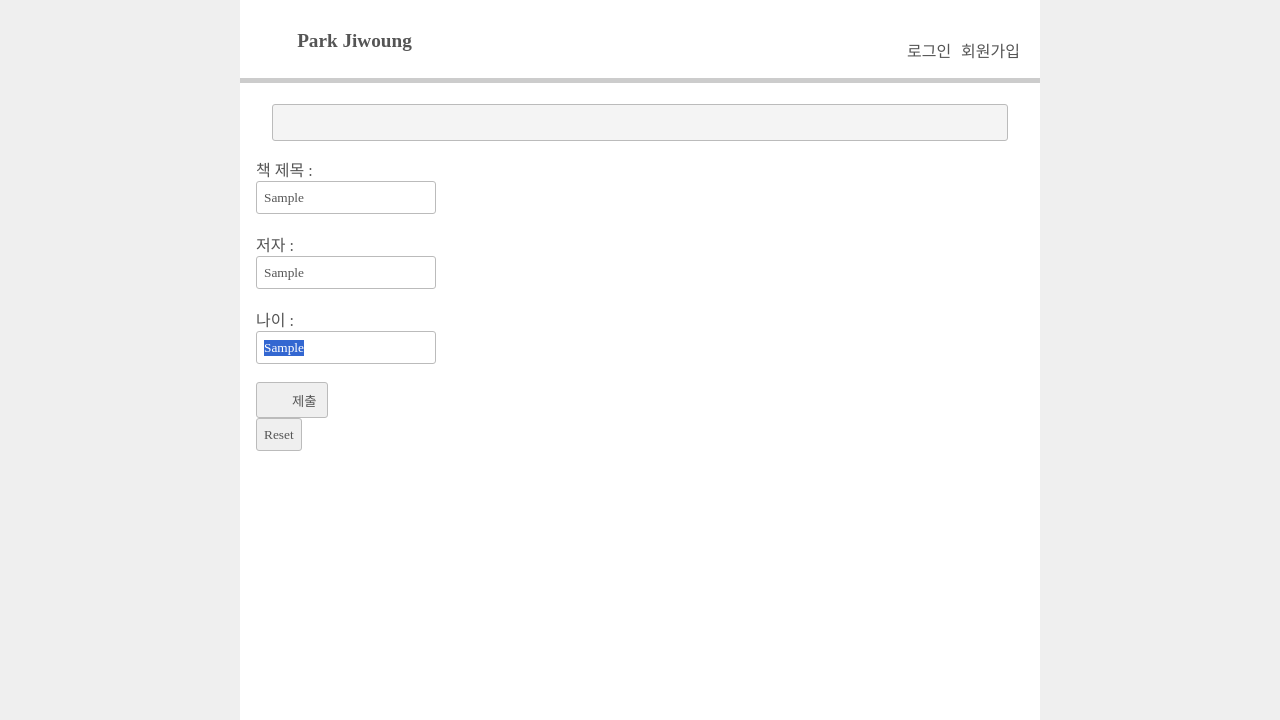
Repository: park-jiwoong/webClass
Page: http://localhost/jspPro/days01/ex02.jsp
These files come from the project's save history. The page is drawn as it stood at one moment and after the next save; the edit follows.
The browser window is 1280 px wide. The pictures show the whole page.
Empty fields were first filled with sample values (such as "Sample", 5 or name@example.com).
After loading, the first visible `#submitBtn` was clicked once.
Some web fonts or font styles are not loaded; a fallback is used. The page is served by Tomcat 9. Other server files are loaded and not shown.

Above is the page before, as saved 2025-05-21 03:39:20.

### JSPClass/jspPro/src/main/webapp/days01/ex02.jsp
<%@ page contentType="text/html; charset=UTF-8" pageEncoding="UTF-8"%>
<!DOCTYPE html>
<html>
<head>
<meta charset="UTF-8">
<meta name="viewport" content="width=device-width, initial-scale=1.0">
<link rel="shortcut icon" type="image/x-icon"
	href="http://localhost/jspPro/images/SiSt.ico">
<title>사용자 등록 폼</title>
<script
	src="https://ajax.googleapis.com/ajax/libs/jquery/3.7.1/jquery.min.js"></script>
<link rel="stylesheet"
	href="http://localhost/jspPro/resources/cdn-main/example.css">
<script src="http://localhost/jspPro/resources/cdn-main/example.js"></script>

<style>
    label, input { display: block; }
    input.text { margin-bottom: 12px; width: 95%; padding: .4em; }
    fieldset { padding: 0; border: 0; margin-top: 25px; }
    h1 { font-size: 1.2em; margin: .6em 0; }
    .ui-dialog .ui-state-error { padding: .3em; }
    .validateTips { border: 1px solid transparent; padding: 0.3em; }
</style>


</head>
<body>
	<header>
		<h1 class="main">
			<a href="#" style="position: absolute; top: 30px;">Park Jiwoung</a>
		</h1>
		<ul>
			<li><a href="#">로그인</a></li>
			<li><a href="#">회원가입</a></li>
		</ul>
	</header>
	<div>
		<xmp class="code"> </xmp>
		<!-- <form action="ex02_ok.jsp" onsubmit="validate();"> -->
		<form id="bookForm" action="ex02_ok.jsp">
			책 제목 : <input type="text" id="title" autofocus="autofocus"><br>
			저자 : <input type="text" id="author"><br> 나이 : <input
				type="text" id="age"><br>
			<button type="button" id="submitBtn">제출</button>
			<!--<input type="button" value="제출">-->
			<!-- <input type="submit"> -->
			<input type="reset">
		</form>
	</div>

    <script>
    ageRegex = /^(?:\d|[1-9]\d|1[0-2]\d|130)$/,
    title = $( "#title" ),
    author = $( "#author" ),
    age = $( "#age" ),
    allFields = $( [] ).add( title ).add( author ).add( age );

    function checkLength( o, n) {
        if ( o.val().length > 0) {
          return true;
        } else {
        	alert(`\${n} 필수 입력!!!`);
        	o.focus();
          return false;
        }
      }

      function checkRegexp( o, regexp, n ) {
        if ( !( regexp.test( o.val() ) ) ) {
         	alert(n);
         	o.select();
          return false;
        } else {
          return true;
        }
      }

      $("#submitBtn").on("click", function(){
    	  var valid = true;

          valid = valid && checkLength( title, "책 제목");
          valid = valid && checkLength( author, "저자");
          valid = valid && checkLength( age, "나이");

          valid = valid && checkRegexp( age, ageRegex, "0~130살 유효!!!" );

          if ( valid ) {
            $("form").submit();
          }
          return valid;
      });
    </script>

    <script>
/* 김유미
$(function() {
  const tips = $(".validateTips");

  function updateTips(msg) {
    tips.text(msg).addClass("ui-state-highlight");
    setTimeout(() => {
      tips.removeClass("ui-state-highlight", 1500);
    }, 500);
  }

  function checkAge(o, min, max) {
    const val = o.val().trim();
    const num = parseInt(val, 10);

    if (!/^\d+$/.test(val) || num < min || num > max) {
      o.addClass("ui-state-error");
      updateTips("나이는 " + min + "살부터 " + max + "살까지 입력 가능합니다.");
      return false;
    } else {
      return true;
    }
  }

  $("#submitBtn").click(function() {
    $(".ui-state-error").removeClass("ui-state-error");

    const isValid = checkAge($("#age"), 1, 130);
    if (isValid) {
      $("#bookForm").submit();
    }
  });
});
*/
</script>
<script>
/* 김현수
$(function() {
  $('#submitBtn').on('click', function() {
    var title = $('#title').val().trim();
    var author = $('#author').val().trim();
    var age = $('#age').val().trim();
    if (title === "") {
      alert('책 제목을 입력하세요.');
      $('#title').focus();
      return;
    }
    if (author === "") {
      alert('저자를 입력하세요.');
      $('#author').focus();
      return;
    }
    if (!/^\d+$/.test(age) || Number(age) < 1 || Number(age) > 130) {
      alert('나이는 1~130 사이의 숫자만 입력 가능합니다.');
      $('#age').focus();
      return;
    }
    $(this).closest('form')[0].submit();
  });
});
*/

</script>
<script>
/* 1조 안준호
function validate() {
    const titleVal = $("#title").val().trim();
    const authorVal = $("#author").val().trim();
    const ageVal = $("#age").val().trim();

    if (titleVal === "" || authorVal === "") {
        alert("제목또는 저자를 입력하세요.");
        event.preventDefault();
        return;
    }

    const ageNum = Number(ageVal);
    const regex = new RegExp("^(100|[1-9][0-9]?)$");
    if (!regex.test(ageNum)) {
        alert("나이는 1부터 100까지의 숫자만 입력 가능합니다.");
        event.preventDefault();
        return;
    }
}
*/
</script>
</body>
</html>

### JSPClass/jspPro/src/main/webapp/resources/cdn-main/example.css
@charset "UTF-8";

@import url('https://fonts.googleapis.com/css2?family=Material+Symbols+Outlined:opsz,wght,FILL,GRAD@20..48,100..700,0..1,-50..200');

@font-face {
    font-family: 'GmarketSansMedium';
    src: url('https://cdn.jsdelivr.net/gh/projectnoonnu/noonfonts_2001@1.1/GmarketSansMedium.woff') format('woff');
    font-weight: normal;
    font-style: normal;
}

:root {
	--text-color: #555;
	--sub-text-color: #777;
	--back-color: #EFEFEF;
	--header-color: #444;
	--primary-color: #DEDEDE;
	--secondary-color: #EFEFEF;
	--default-width: 800px;
	--narrow-width: 500px;
	--wide-width: 1200px;
	--text-font: 'GmarketSansMedium';
	--icon-font: 'Material Symbols Outlined';
	--border-color: #CCC;
}

html, body {
	margin: 0;
	padding: 0;
}

html {
	background-color: var(--back-color);
	display: flex;
	justify-content: center;
	min-height: 100vh;
}

body, body.default {
	width: var(--default-width);
	background-color: white;
	padding-bottom: 120px;
}

body.wide {
	width: var(--wide-width);
}

body.narrow {
	width: var(--narrow-width);
}



body, p, div, span, a, input, select, option, textarea, button, table, th, td, label, fieldset, legend {
	font-family: var(--text-font);
	color: var(--text-color);
}

h1, h2, h3 {
	font-family: var(--text-font);
	color: var(--header-color);
	padding: 0 1rem;
	padding-top: .5rem;
}

div > h1, div > h2, div > h3 {
	padding: 0;
}

body > div, body > main > div {
	padding: 0.3rem 1rem;
}


h1 { font-size: 2rem; border-bottom: 1px solid var(--border-color); }
h1 small { font-size: 1.2rem; color: var(--sub-text-color); }
h2 { font-size: 1.5rem; border-bottom: 1px dashed var(--border-color); }
h2 small { font-size: 1.1rem; color: --sub-text-color; }
h3 { font-size: 1.2rem; }
h3 small { font-size: 1rem; color: --sub-text-color; }



h1.main::before {
	font-family: var(--icon-font);
  	content: '\e666';
  	margin-right: 10px;
  	float: left;
	font-size: 2.5rem;
}

h1.sub::before {
	font-family: var(--icon-font);
  	content: '\ea19';
  	margin-right: 10px;
  	float: left;
	font-size: 2.5rem;
}


h1.page::before {
	font-family: var(--icon-font);
  	content: '\e0e0';
  	margin-right: 10px;
  	float: left;
	font-size: 2.5rem;
}

body > header > ul > li > .active{
	background-color: #FFF;
	color:#F00;
}

body > header {
	display: flex;
	justify-content: space-between;
	border-bottom: 5px solid var(--border-color);
	min-height: 74px;
	background-color: #FFF;
}

body > header.sticky {
	position: sticky;
	top: 0;
	z-index: 98;
}

body > header > h1 {
	font-size: 1.2rem;
	border: 0;
}

body > header.in > h1::before {
	font-family: var(--icon-font);
  	content: '\e332‥';
  	margin-right: 3px;
  	float: left;
	font-size: 2rem;
}


body > header > ul {
	list-style-type: none;
	display: flex;
	align-items: flex-end;
	margin-right: 10px;
}

body > header > ul > li {
	margin-right: 10px;
	cursor: pointer;
}

body > header > ul > li > a {
	cursor: pointer;
}


form {
	display: block;
}

form > div {
	padding: 0.3rem 1rem;
}

div > form > div {
	padding: 0.3rem 0;
}

input, textarea, button, select {
	border: 1px solid #BBB;
	border-radius: 3px;
	outline: none;
	resize: none;
	padding: 7px;
	margin: 0;
}

input[type=text]:read-only, textarea:read-only {
	cursor: not-allowed;
	background-color: #FFF;
}

input[type=text]:disabled, textarea:disabled {
	cursor: not-allowed;
	background-color: #EEE;
}

input[type=text], input[type=password], textarea, button, select {
	/* width: 300px; */
}

textarea {
	display: block;
	height: 100px;
}

input[type=button], input[type=submit], button {
	/* width: inherit; */
}

input.short, textarea.short, button.short, select.short {
	width: 100px;
}

input.long, textarea.long, button.long, select.long {
	width: 350px;
}

.narrow input.long, .narrow textarea.long, .narrow button.long, .narrow select.long {
	width: calc(100% - 20px);
}

input.full, textarea.full, button.full, select.full {
	width: calc(100% - 20px);
}

textarea.short {
	height: 50px;
}

textarea.long {
	height: 100px;
}

textarea.full {
	height: 200px;
}

input, textarea {
	padding-top: 8px;
}

input[type=button], input[type=submit], button {
	padding: 5px 10px;
	background-color: var(--secondary-color);
	cursor: pointer;
	min-height: 36px;
}

input[type=button].primary, input[type=submit].primary, button.primary {
	/* background-color: rgba(100, 149, 237, .2); */
	background-color: var(--primary-color);
}

input[type=button].primary:hover, input[type=submit].primary:hover, button.primary:hover {
	/* background-color: rgba(100, 149, 237, .3); */
	background-color: var(--secondary-color);
}

input[type=button]:hover, input[type=submit]:hover, button:hover {
	background-color: var(--primary-color);
}

button {
	position: relative;
	left: 0;
	top: 0;
	padding-left: 35px;
}

button .material-symbols-outlined {
	position: absolute;
	left: 10px;
	top: 4px;
}

/* k2nik add */
button.login::before {
	font-family: var(--icon-font);
  	content: '\ea77';
	position: absolute;
	left: 11px;
	top: 4px;
	font-size: 1.25rem;
}

/* k2nik logout */
button.logout::before {
	font-family: var(--icon-font);
  	content: '\e9ba';
	position: absolute;
	left: 11px;
	top: 4px;
	font-size: 1.25rem;
}

/* k2nik help */
button.help::before {
	font-family: var(--icon-font);
  	content: '\f1c0';
	position: absolute;
	left: 11px;
	top: 4px;
	font-size: 1.25rem;
}

button.add::before{
	font-family: var(--icon-font);
  	content: '\e746';
	position: absolute;
	left: 11px;
	top: 4px;
	font-size: 1.25rem;
}

button.back::before {
	font-family: var(--icon-font);
  	content: '\e166';
	position: absolute;
	left: 11px;
	top: 4px;
	font-size: 1.25rem;
}

button.list::before {
	font-family: var(--icon-font);
  	content: '\e0ee';
	position: absolute;
	left: 11px;
	top: 4px;
	font-size: 1.25rem;
}


button.del::before {
	font-family: var(--icon-font);
  	content: '\e872';
	position: absolute;
	left: 11px;
	top: 4px;
	font-size: 1.25rem;
}

button.alldel::before {
	font-family: var(--icon-font);
  	content: '\e92b';
	position: absolute;
	left: 11px;
	top: 4px;
	font-size: 1.25rem;
}


button.edit::before {
	font-family: var(--icon-font);
  	content: '\e745';
	position: absolute;
	left: 11px;
	top: 4px;
	font-size: 1.25rem;
}


button.login::before {
	font-family: var(--icon-font);
  	content: '\ea77';
	position: absolute;
	left: 11px;
	top: 4px;
	font-size: 1.25rem;
}


button.logout::before {
	font-family: var(--icon-font);
  	content: '\e9ba';
	position: absolute;
	left: 11px;
	top: 4px;
	font-size: 1.25rem;
}


button.in::before {
	font-family: var(--icon-font);
  	content: '\f71a';
	position: absolute;
	left: 11px;
	top: 4px;
	font-size: 1.25rem;
}


button.out::before {
	font-family: var(--icon-font);
  	content: '\f70e';
	position: absolute;
	left: 11px;
	top: 4px;
	font-size: 1.25rem;
}


button.reply::before {
	font-family: var(--icon-font);
  	content: '\e15e';
	position: absolute;
	left: 11px;
	top: 4px;
	font-size: 1.25rem;
}


button.comment::before {
	font-family: var(--icon-font);
  	content: '\e0b9';
	position: absolute;
	left: 11px;
	top: 4px;
	font-size: 1.25rem;
}


button.modal::before {
	font-family: var(--icon-font);
  	content: '\e89e';
	position: absolute;
	left: 11px;
	top: 4px;
	font-size: 1.25rem;
}


button.ok::before {
	font-family: var(--icon-font);
  	content: '\e86c';
	position: absolute;
	left: 11px;
	top: 4px;
	font-size: 1.25rem;
}


button.cancel::before {
	font-family: var(--icon-font);
  	content: '\e5c9';
	position: absolute;
	left: 11px;
	top: 4px;
	font-size: 1.25rem;
}

button.search::before {
	font-family: var(--icon-font);
  	content: '\e8b6';
	position: absolute;
	left: 11px;
	top: 4px;
	font-size: 1.25rem;
}

button.home::before {
	font-family: var(--icon-font);
  	content: '\e88a';
	position: absolute;
	left: 11px;
	top: 4px;
	font-size: 1.25rem;
}


button.sidebar::before {
	font-family: var(--icon-font);
  	content: '\f7e4';
	position: absolute;
	left: 11px;
	top: 4px;
	font-size: 1.25rem;
}


button.sidebar-right::before {
	font-family: var(--icon-font);
  	content: '\f7e5';
	position: absolute;
	left: 11px;
	top: 4px;
	font-size: 1.25rem;
}




button::before {
	font-family: var(--icon-font);
  	content: '\e323';
	position: absolute;
	left: 11px;
	top: 4px;
	font-size: 1.25rem;
}


table {
	border-collapse: collapse;
	margin: 1rem;
	box-sizing: border-box;
	width: calc(100% - 32px);
}

table.content {
	width: auto;
}

div > table {
	margin: 0;
}

table th, table td {
	border: 1px solid var(--border-color);
	padding: 7px;
	font-weight: normal;
}

table th {
	background-color: var(--back-color);
}

table.vertical th {
	width: 150px;
}

table.vertical td {
	width: calc(100% - 182px);
	padding-left: 10px;
}

table.content td, table.content th {
	width: auto;
}

body.narrow table.vertical th {
	width: 100px;
}

body.narrow table.vertical td {
	width: calc(100% - 182px);
}


table + table {
	margin-top: 30px;
}


p {
	padding: 0 1rem;
}

a {
	text-decoration: none;
}

a:hover {
	color: rgba(255, 99, 71, .7);
}

hr {
	border: 0;
	border-top: 1px solid var(--border-color);
	margin: 2rem 0;
}

.message {
	border: 1px solid var(--border-color);
	background-color: #EFEFEF;
	margin: 1rem;
	width: auto;
	padding-top: 10px;
	padding-bottom: 10px;
	font-size: 14px;
}

.message[title]::before {
	content: attr(title);
	display: block;
	border-bottom: 1px solid var(--border-color);
	padding-bottom: 5px;
	margin-bottom: 10px;
	margin-top: 7px;
}

.message.short {
	max-width: 250px;
}

.message.long {
	max-width: 500px;
}

.badge {
	float: right;
	font-size: .8rem;
	margin-top: 2px;
	margin-right: 2px;
	text-shadow: 0 0 7px gray;
}

.badge.left {
	float: none;
	margin-left: 2px;
}

.badge.right {
	float: right;
}

.badge.red {
	border-radius: 50%;
	padding: 2px 5px;
	background-color: rgb(255, 99, 71, .3);
}

.badge.yellow {

	border-radius: 50%;
	padding: 2px 5px;
	background-color: rgb(255, 215, 0, .5);
}

.badge.blue {
	border-radius: 50%;
	padding: 2px 5px;
	background-color: rgb(100, 149, 237, .3);
}

label + label {
	margin-left: 7px;
}

label input[type=checkbox], label input[type=radio] {
	transform: translate(0, 1px);
}

.group {
	display: flex;
}

.modal-content .group {
	margin-bottom: .5rem;
}

.group label {
	border: 1px solid #BBB;
	border-radius: 3px;
	outline: none;
	resize: none;
	padding: 7px 14px;
	margin: 0;
	border-top-right-radius: 0;
	border-bottom-right-radius: 0;
	background-color: #EFEFEF;
	white-space: nowrap;
	font-size: 14px;
}

.group input[type=text] {
	margin-left: -1px;
	border-top-left-radius: 0;
	border-bottom-left-radius: 0;
}

.group select {
	margin-left: -1px;
	border-top-left-radius: 0;
	border-bottom-left-radius: 0;
}

.group input.full[type=text] {
	margin-left: -1px;
	border-top-left-radius: 0;
	border-bottom-left-radius: 0;
	width: 100%;
}

.group input[type=button]:first-child, .group button:first-child {
	border-top-left-radius: 3px;
	border-bottom-left-radius: 3px;
	margin-left: 0px;
}

.group input[type=button], .group button {
	border-radius: 0;
	margin-left: -1px;
}

.group input[type=button]:last-child, .group button:last-child {
	margin-left: -1px;
	border-top-right-radius: 3px;
	border-bottom-right-radius: 3px;
}

.seperate {
	display: flex;
	justify-content: space-between;
}

div.list {
	width: max-content;
	margin: 1rem;
	border: 1px solid #BBB;
	border-radius: 3px;
	padding: 0;
}

div.list.full {
	width: auto;
	display: block;
	margin: 1rem;
	border: 1px solid #BBB;
	border-radius: 3px;
	padding: 0;
}

div.list > div {
	padding: .5rem 1rem;
	margin: 0;
	border-bottom: 1px solid #BBB;
}

div.list > div:last-child {
	border-bottom: 0;
}

pre.code , xmp.code{
	font-family: consols;
	background-color: rgba(150, 150, 150, .1);
	border: 1px solid #BBB;
	border-radius: 3px;
	padding: .5rem 1rem;
	padding-bottom: .6rem;
	margin: 1rem;
}




*[data-modal-window] {
	position: fixed;
	background-color: rgba(0, 0, 0, .3);
	left: 0;
	top: 0;
	display: none;
	justify-content: center;
	align-items: flex-start;
	width: 100%;
	min-height: 100vh;
	z-index: 100;
	opacity: 0;
	transition: 500ms all;
}

*[data-modal-window] .modal-container {
	border-radius: 5px;
	padding: 1rem;
	padding-bottom: .5rem;
	margin-top: -500px;
	opacity: 0;
	width: 500px;
	background-color: #FFF;
	margin-right: 2rem;
	transition: 500ms all;
}

*[data-modal-size=content] .modal-container {
	width: auto;
}

*[data-modal-size=narrow] .modal-container {
	width: 300px;
}

*[data-modal-size=wide] .modal-container {
	width: 760px;
}


*[data-modal-window] .modal-header {
	border-bottom: 1px solid var(--border-color);
	padding: 2px 5px;
}

*[data-modal-window] .modal-content {
	padding: 1rem 5px;
}

*[data-modal-window] .modal-content div:last-child {
	margin-top: 1rem;
	text-align: right;
}



*[data-sidebar-window] {
	position: fixed;
	background-color: #FFF;
	left: 0;
	top: 0;
	display: block;
	width: 300px;
	border-right: 1px solid var(--border-color);
	box-sizing: border-box;
	box-shadow: 0 0 3px var(--back-color);
	min-height: 100vh;
	z-index: 99;
	transform: translate(-300px, 0);
	transition-duration: 500ms;
	transition-property: transform;
}

*[data-sidebar-direction=right] {
	left: auto;
	right: 0;
	transform: translate(300px, 0);
	border-left: 1px solid var(--border-color);
}

*[data-sidebar-size=wide] {
	width: 500px;
	transform: translate(-500px, 0);
}

*[data-sidebar-window] .sidebar-title {
	border-bottom: 1px solid var(--border-color);
	margin-top: 20px;
	margin-bottom: 20px;
	padding-bottom: 5px;
	display: flex;
	justify-content: space-between;
}

*[data-sidebar-window] .sidebar-title span:last-child {
	cursor: pointer;
}


/* K2Nik pagination */
.center {
  text-align: center;
}

.pagination {
  display: inline-block;
}

.pagination a {
  color: black;
  float: left;
  padding: 3px 6px;
  text-decoration: none;
  transition: background-color .3s;
  border: 1px solid #ddd;
  margin: 0 3px;
}

.pagination a.active {
  background-color: #4CAF50;
  color: white;
  border: 1px solid #4CAF50;
}

.pagination a:hover:not(.active) {background-color: #ddd;}

Loaded but not shown: JSPClass/jspPro/src/main/webapp/resources/cdn-main/example.js (141 lines, source omitted)

After the next save:
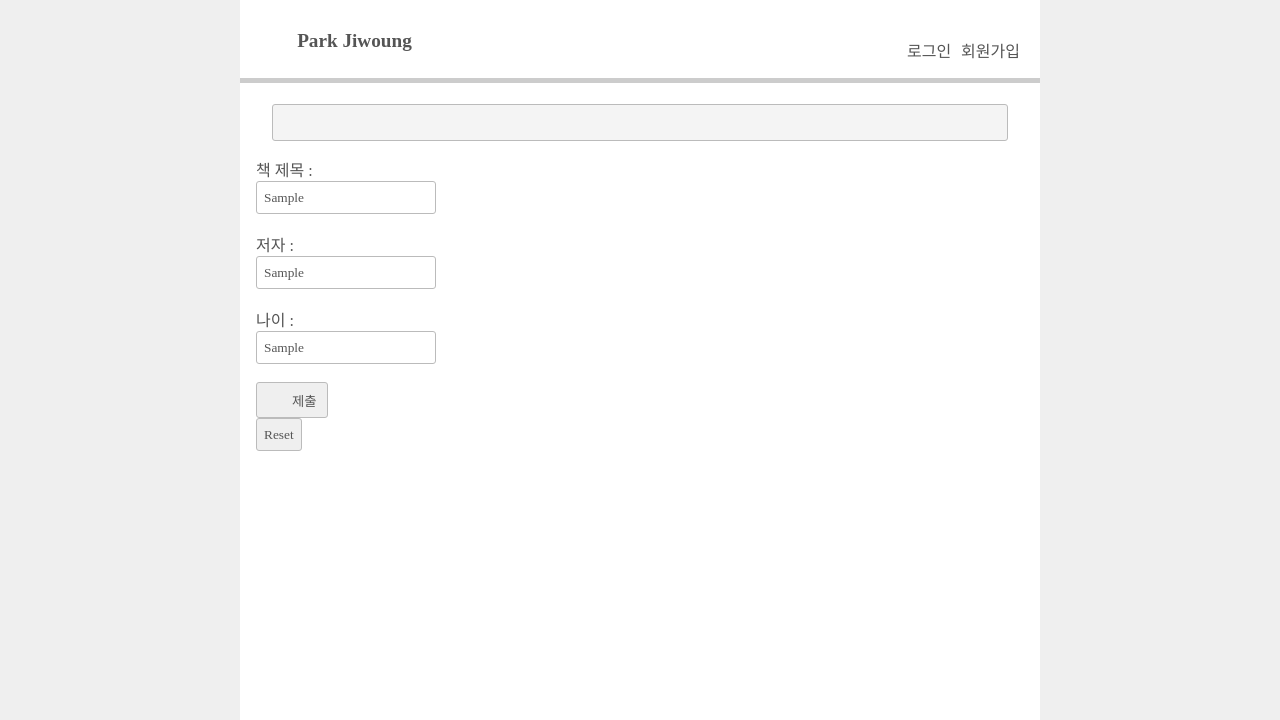
Console error: TypeError: regexp.test is not a function
Saved 50 s later.
--- a/JSPClass/jspPro/src/main/webapp/days01/ex02.jsp
+++ b/JSPClass/jspPro/src/main/webapp/days01/ex02.jsp
@@ -65,7 +65,7 @@
         }
       }
 
-      function checkRegexp( o, regexp, n ) {
+      function checkLength( o, regexp, n ) {
         if ( !( regexp.test( o.val() ) ) ) {
          	alert(n);
          	o.select();

After the 3 saves that followed:
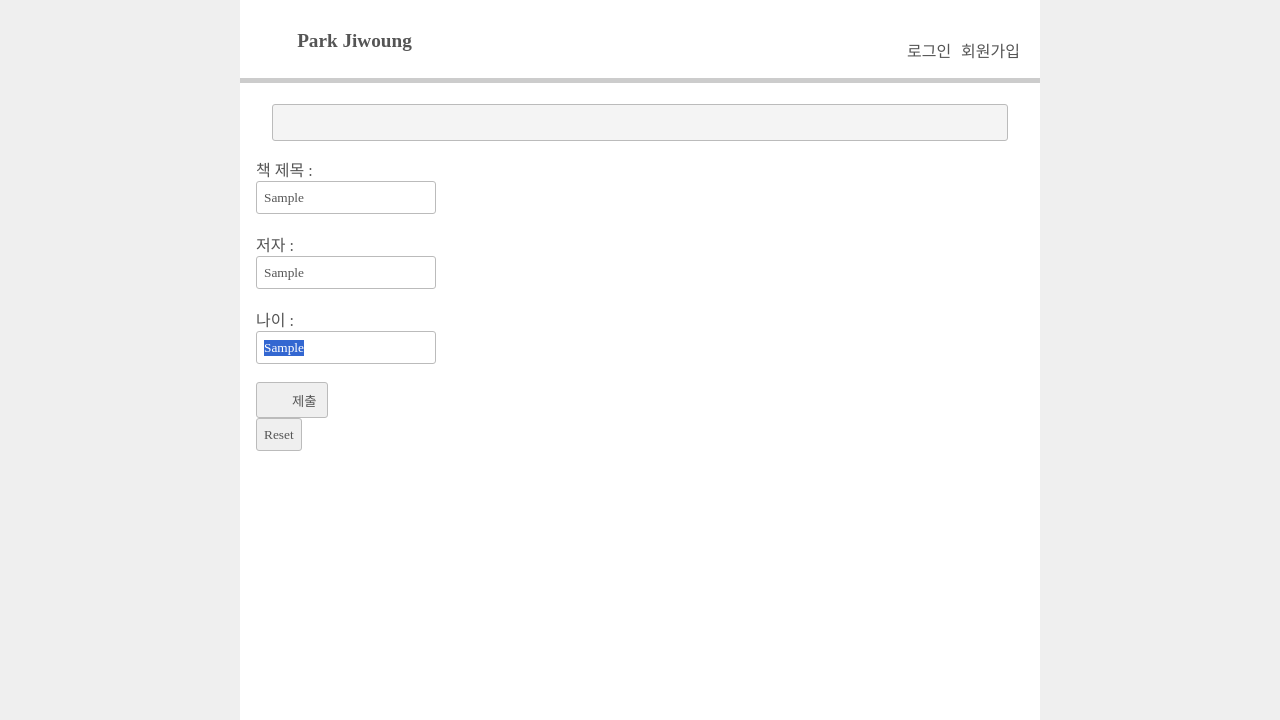
The error is gone.
The 3 saves are shown as one change because 2 left the picture as it was.
The last was saved 39 s later.
--- a/JSPClass/jspPro/src/main/webapp/days01/ex02.jsp
+++ b/JSPClass/jspPro/src/main/webapp/days01/ex02.jsp
@@ -55,7 +55,7 @@
     age = $( "#age" ),
     allFields = $( [] ).add( title ).add( author ).add( age );
 
-    function checkLength( o, n) {
+    function checkLength( o, n, min, max) {
         if ( o.val().length > 0) {
           return true;
         } else {
@@ -65,7 +65,7 @@
         }
       }
 
-      function checkLength( o, regexp, n ) {
+      function checkRegexp( o, regexp, n ) {
         if ( !( regexp.test( o.val() ) ) ) {
          	alert(n);
          	o.select();
